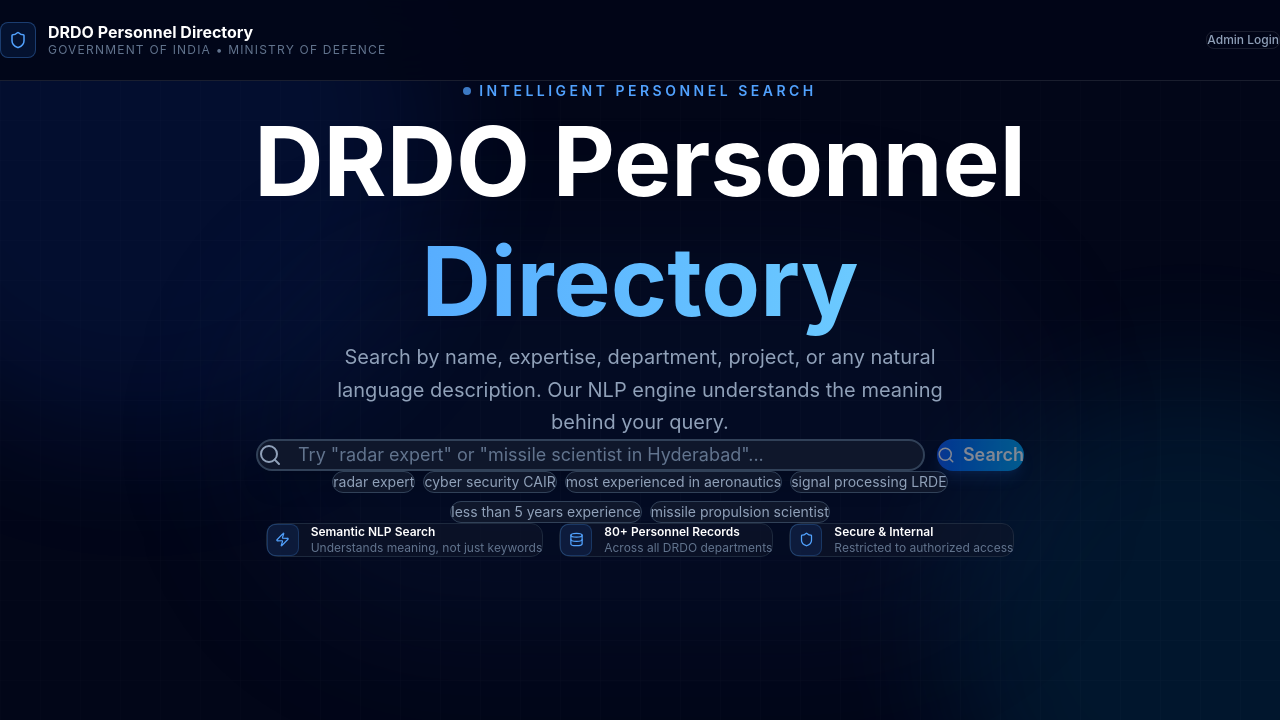
Repository: Mandeepigdtuw/DRDO-Directory
Page: / (app in frontend/)
An editor plug-in stored every save of this project. The page is shown before and after the next save, followed by the edit.
The browser window is 1280 px wide. The pictures show the whole page.
The project was rebuilt for these pictures with package versions that can differ from the ones it lists, and the page was loaded fresh each time. Also part of the build but not shown: frontend/vite.config.js, frontend/src/components/PersonnelCard.jsx, frontend/src/components/ProfileModal.jsx, frontend/src/pages/AdminLogin.jsx, frontend/src/pages/AdminDashboard.jsx, frontend/src/pages/ManagePersonnel.jsx, frontend/src/pages/AddPersonnel.jsx, frontend/src/pages/EditPersonnel.jsx and 2 more.

Above is the page before, as saved 2026-07-23 17:47:19.

After the next save:
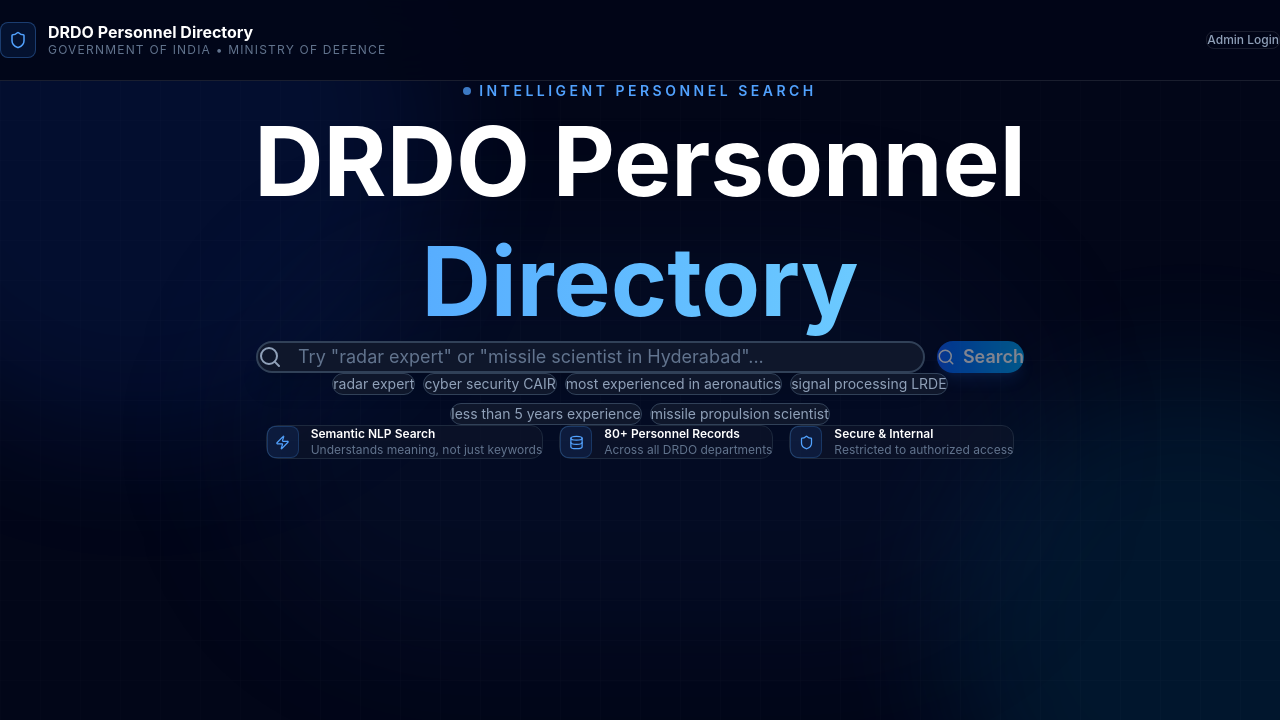
Saved 22 h 33 min later.
--- a/frontend/src/pages/SearchPage.jsx
+++ b/frontend/src/pages/SearchPage.jsx
@@ -166,11 +166,6 @@
             </span>
           </h1>
 
-          {/* Subtitle */}
-          <p className="text-slate-400 text-center text-lg sm:text-xl max-w-2xl leading-relaxed mb-12">
-            Search by name, expertise, department, project, or any natural language description.
-            Our NLP engine understands the meaning behind your query.
-          </p>
 
           {/* Search Bar */}
           <div className="w-full max-w-3xl flex gap-3 mb-6">
